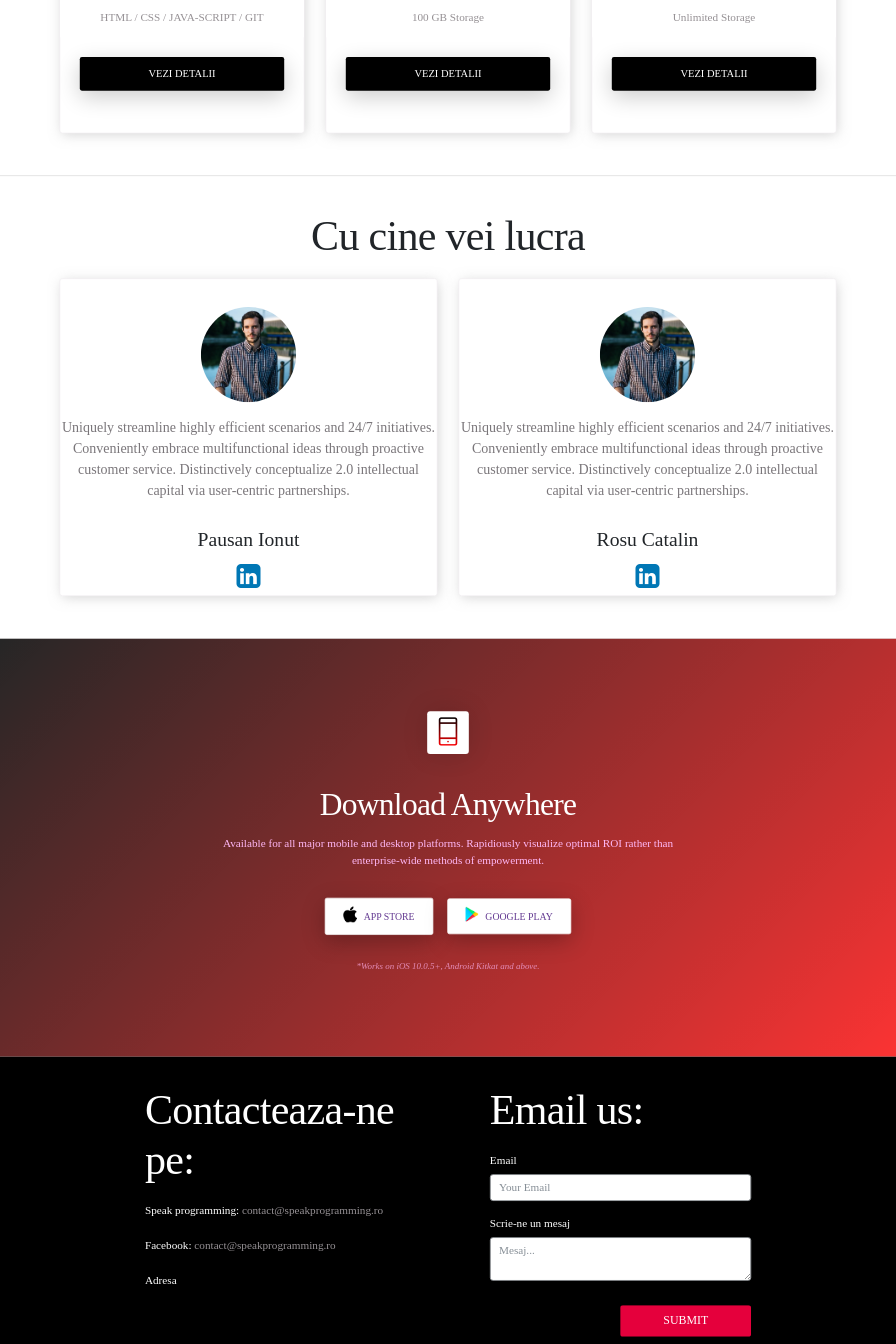
Repository: RosuCatalinDorin/ITSchool
Page: home-page/index.html
These files come from the project's save history. The page is drawn as it stood at one moment and after the next save; the edit follows.
The browser window is 1280 px wide. The pictures show the part of the page from y = 1102 to 3022 px (the page is 3085 px tall before and 3115 px after), at 70% of full size.
Some web libraries are served in a nearby version.

Above is the page before, as saved 2019-03-13 18:56:25.

After the next save:
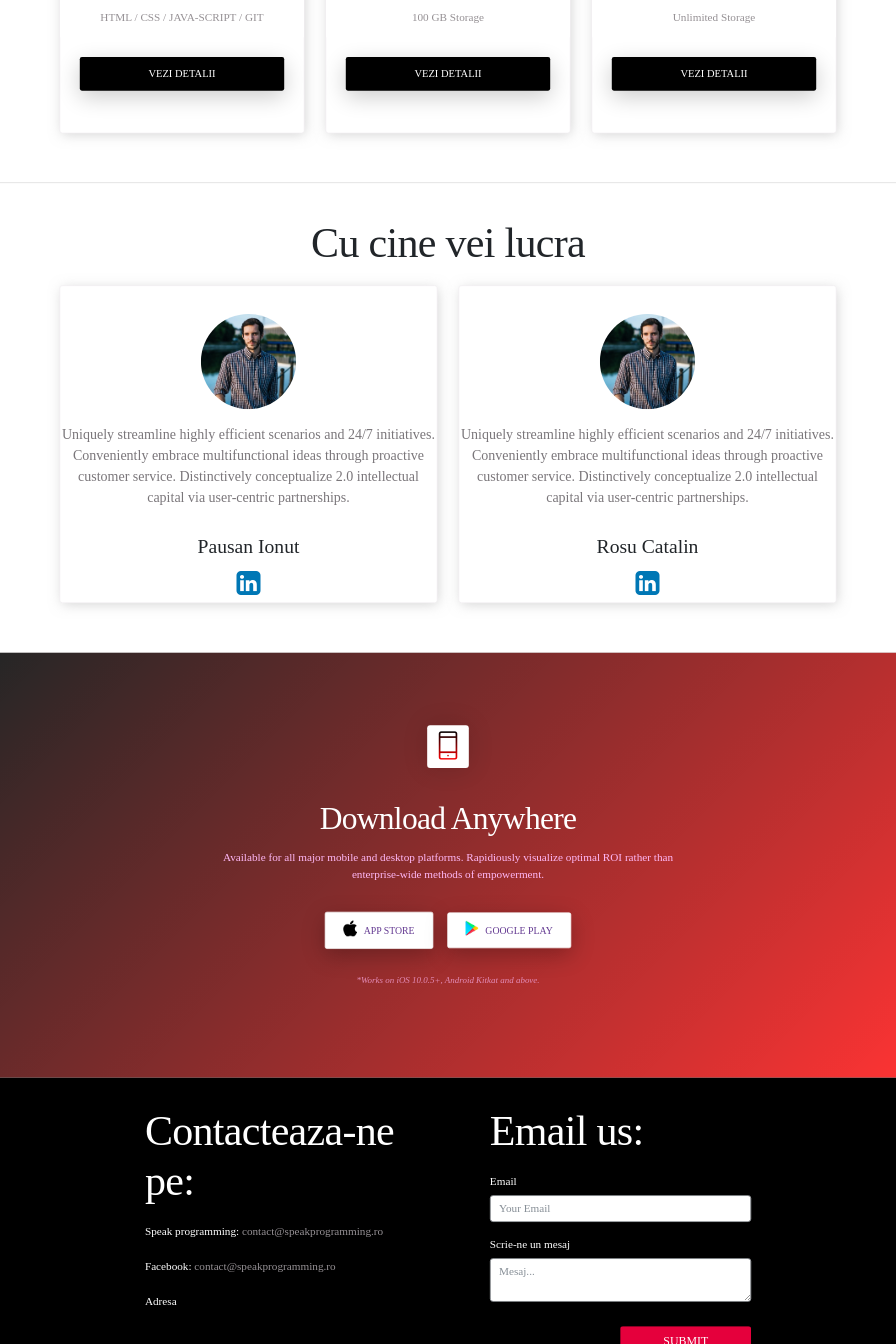
Saved 7 s later.
--- a/css/style.css
+++ b/css/style.css
@@ -123,7 +123,7 @@ p.lead {
 }
 
 .section {
-    padding: 50px 0 60px 0;
+    padding: 50px 0 70px 0;
 }
 
 .section-title {
